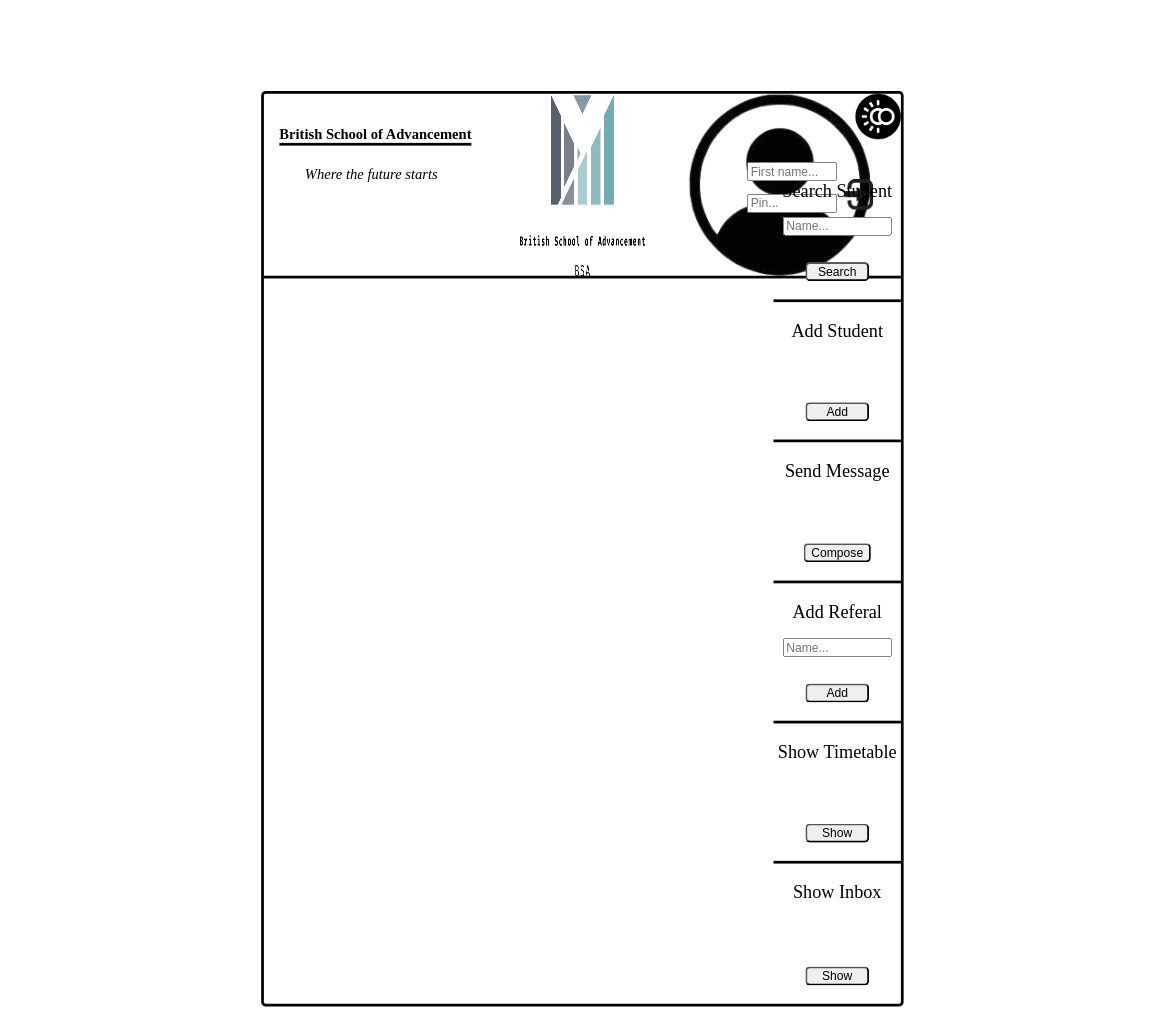
Repository: ghend99/Guardian-Application
Page: index.html
These files come from the project's save history. The page is drawn as it stood at one moment and after the next save; the edit follows.
The browser window is 1280 px wide. The pictures show the whole page, at 91% of full size.

Above is the page before, as saved 2023-06-05 20:55:04.

### index.html
<!DOCTYPE html>
<html lang="en">
  <head>
    <meta charset="UTF-8" />
    <meta http-equiv="X-UA-Compatible" content="IE=edge" />
    <meta name="viewport" content="width=device-width, initial-scale=1.0" />
    <title>Document</title>
    <link rel="stylesheet" href="style.css" />
  </head>
  <body>
    <div id="main-container">
      <div id="header-container">
        <div id="header-container-left-section">
          <p id="header-school-name" class="page-headers">
            British School of Advancement
          </p>
          <p id="header-school-slogan" class="page-headers">
            Where the future starts
          </p>
        </div>
        <div id="header-container-middle-section">
          <img class="header-middle-section-logo" src="./images/logo.png" />
        </div>
        <div id="header-container-right-section">
          <input
            id="header-login-input-fullname"
            class="login-input-fullname login-input input"
            type="text"
            placeholder="First name..."
          />
          <input
            id="header-login-input-pin"
            class="login-input-pin login-input input"
            placeholder="Pin..."
            type="password"
          />
          <img
            id="header-login-button"
            class="login-button"
            src="./images/login-button.png"
          />
          <img class="header-dark-mode-toggle" src="./images/dark-mode.png" />
          <img class="login-modal-open" src="./images/login.png" />
        </div>
      </div>
      <div id="sidebar-container">
        <div id="sidebar-link-container1" class="sidebar-link-container">
          <p class="sidebar-link-header page-headers">Search Student</p>
          <input class="sidebar-input input" placeholder="Name..." />
          <button class="sidebar-search-button submit-button">Search</button>
        </div>
        <div id="sidebar-link-container2" class="sidebar-link-container">
          <p class="sidebar-link-header page-headers">Add Student</p>
          <button id="add-student" class="sidebar-search-button submit-button">
            Add
          </button>
        </div>
        <div id="sidebar-link-container3" class="sidebar-link-container">
          <p class="sidebar-link-header page-headers">Send Message</p>
          <button
            id="compose-message-open"
            class="sidebar-search-button submit-button"
          >
            Compose
          </button>
        </div>
        <div id="sidebar-link-container4" class="sidebar-link-container">
          <p class="sidebar-link-header page-headers">Add Referal</p>
          <input
            id="add-referal-fullname"
            class="sidebar-input input"
            placeholder="Name..."
          />
          <button id="add-referal" class="sidebar-search-button submit-button">
            Add
          </button>
        </div>
        <div id="sidebar-link-container5" class="sidebar-link-container">
          <p class="sidebar-link-header page-headers">Show Timetable</p>
          <button
            id="timetable-open"
            class="sidebar-search-button submit-button"
          >
            Show
          </button>
        </div>
        <div id="sidebar-link-container6" class="sidebar-link-container">
          <p class="sidebar-link-header page-headers">Show Inbox</p>
          <button id="inbox-open" class="sidebar-search-button submit-button">
            Show
          </button>
        </div>
      </div>

      <img class="sidebar-open" src="./images/menu.png" />
    </div>

    <script src="main.js"></script>
  </body>
</html>

### style.css
#main-container {
  position: relative;
  left: 50%;
  transform: translate(-50%);
  max-width: 50%;
  min-width: 700px;
  max-height: 1200px;
  min-height: 1000px;
  margin-top: 100px;
  border: solid;
  border-radius: 5px;
}

#header-container {
  display: grid;
  grid-template-columns: 1fr 1fr 1fr;
  grid-template-rows: 1fr;
  max-height: 200px;
  min-height: 150px;
  width: 100%;
  border-bottom: solid;
}

#header-school-name {
  position: absolute;
  top: 20px;
  left: 17px;
  font-size: clamp(1rem, 1vw, 2rem);
  font-weight: bold;
  border-bottom: solid;
}

#header-school-slogan {
  position: absolute;
  top: clamp(5%, 70px, 80px);
  left: clamp(45px, 5%, 70px);
  font-size: clamp(0.9rem, 1.5vw, 1rem);
  margin-top: 10px;
  font-style: italic;
}

#header-container-middle-section {
  display: flex;
  justify-content: center;
}

.header-middle-section-logo {
  width: 60%;
}

#header-login-input-fullname {
  position: absolute;
  top: 75px;
  width: 13%;
  right: 10%;
}

#header-login-input-pin {
  position: absolute;
  top: 110px;
  width: 13%;
  right: 10%;
}

#header-login-button {
  position: absolute;
  width: 50px;
  right: 3%;
  top: 85px;
}

.header-dark-mode-toggle {
  position: absolute;
  width: 50px;
  top: 0;
  right: 0;
  cursor: pointer;
}

#sidebar-container {
  position: absolute;
  display: grid;
  grid-template-columns: 1fr;
  grid-template-rows: 1fr 1fr 1fr 1fr 1fr 1fr;
  right: 0;
  bottom: 0;
  max-width: 30%;
  min-width: 20%;
  max-height: 1000px;
  min-height: 925px;
}

#sidebar-link-container1 {
  justify-content: center;
}

#sidebar-link-container6 {
  border-bottom: none;
}

.sidebar-link-container {
  position: relative;
  display: flex;
  justify-content: center;
  border-bottom: solid;
}

.sidebar-link-header {
  position: absolute;
  font-size: 20px;
}

.sidebar-input {
  position: absolute;
  margin-top: 60px;
  width: 80%;
}

.sidebar-search-button {
  position: absolute;
  max-width: 75%;
  min-width: 70px;
  bottom: 20px;
  border-radius: 5px;
}

.sidebar-open {
  position: absolute;
  width: 50px;
  right: 0;
  top: 155px;
  display: none;
}

Loaded but not shown: main.js (no stored copy; drawn as an empty file)

After the next save:
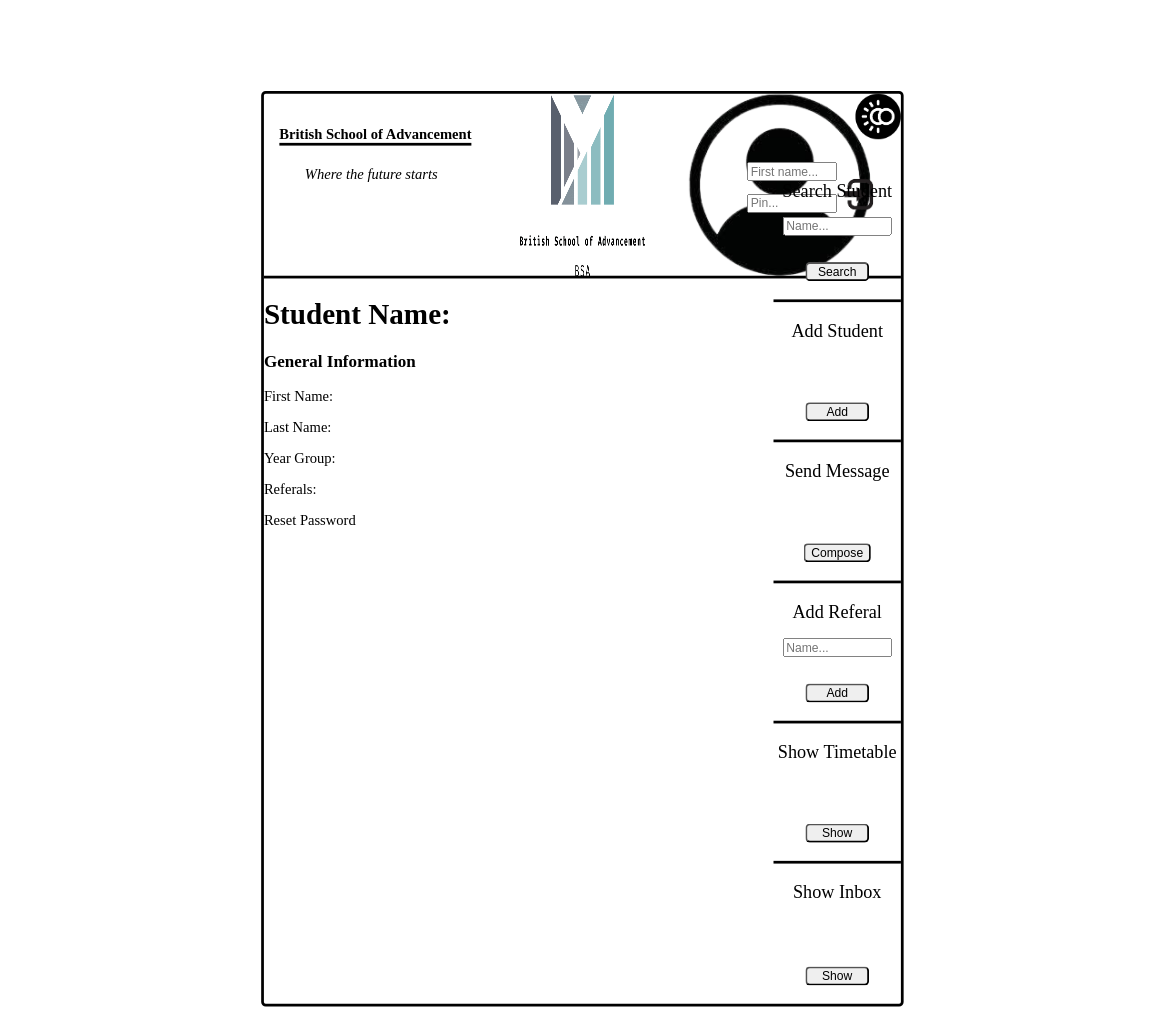
Saved 37 s later.
--- a/index.html
+++ b/index.html
@@ -91,8 +91,32 @@
           </button>
         </div>
       </div>
+      <img class="sidebar-open" src="./images/menu.png" />
 
-      <img class="sidebar-open" src="./images/menu.png" />
+      <div id="student-information-container">
+        <h1
+          id="student-information-name-header"
+          class="student-information page-headers"
+        >
+          Student Name:
+        </h1>
+        <h3 class="student-information student-information-general-header">
+          General Information
+        </h3>
+        <p id="student-information-first-name" class="student-information">
+          First Name:
+        </p>
+        <p id="student-information-last-name" class="student-information">
+          Last Name:
+        </p>
+        <p id="student-information-year" class="student-information">
+          Year Group:
+        </p>
+        <p id="student-information-referals" class="student-information">
+          Referals:
+        </p>
+        <p id="password-reset" class="student-information">Reset Password</p>
+      </div>
     </div>
 
     <script src="main.js"></script>
